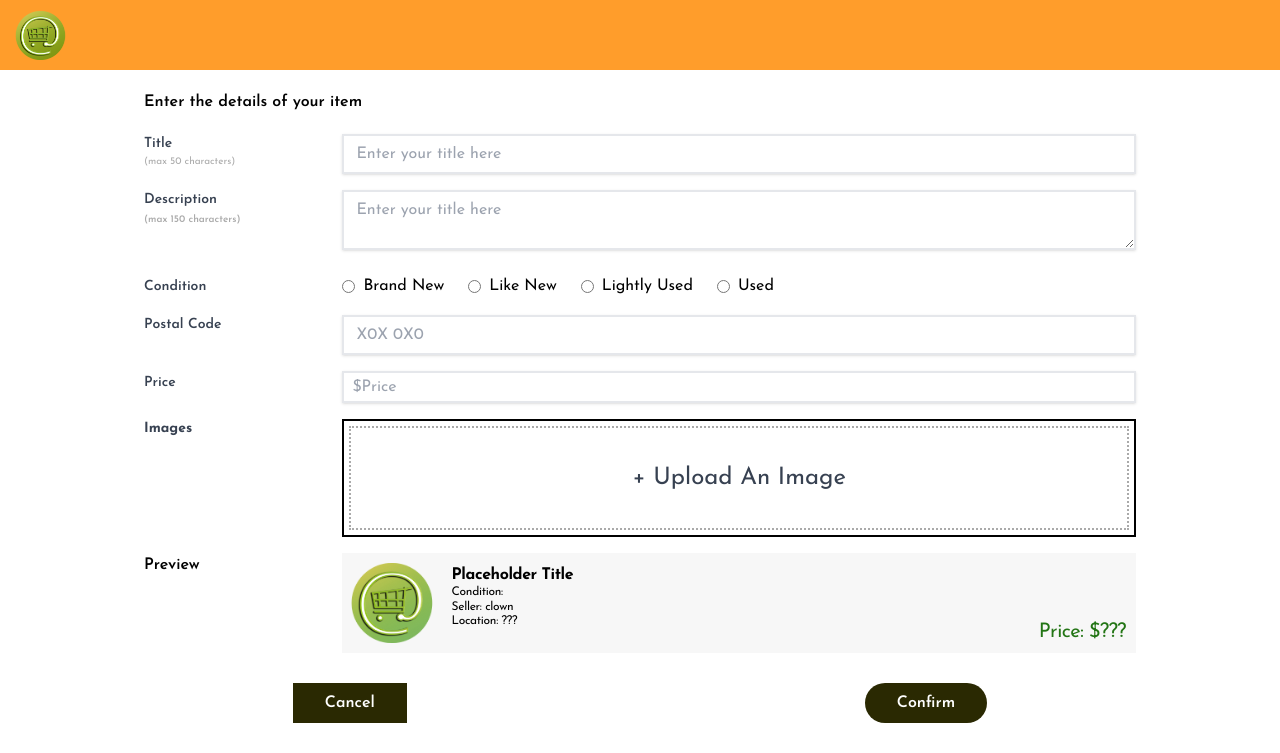
Repository: AdwaitSri/Kingston-Marketplace
Page: /creation (app in qhacks-24/)
An editor plug-in stored every save of this project. The page is shown before and after the next save, followed by the edit.
The browser window is 1280 px wide. The pictures show the whole page.
The project was rebuilt for these pictures with package versions that can differ from the ones it lists, and the page was loaded fresh each time. Also part of the build but not shown: qhacks-24/src/components/HomeNavbar.js, qhacks-24/src/pages/Home.js, qhacks-24/src/pages/Signup.js, qhacks-24/src/pages/Listings.js.

Above is the page before, as saved 2024-02-03 15:23:33.

### qhacks-24/public/index.html
<!DOCTYPE html>
<html lang="en">
  <head>
    <meta charset="utf-8" />
    <link rel="preconnect" href="https://fonts.googleapis.com">
    <link rel="preconnect" href="https://fonts.gstatic.com" crossorigin>
    <link href="https://fonts.googleapis.com/css2?family=Josefin+Sans:ital,wght@0,100;0,200;0,300;0,400;0,500;0,600;0,700;1,100;1,200;1,300;1,400;1,500;1,600;1,700&display=swap" rel="stylesheet">
    <link rel="icon" href="%PUBLIC_URL%/favicon.ico" />
    <meta name="viewport" content="width=device-width, initial-scale=1" />
    <meta name="theme-color" content="#000000" />
    <meta
      name="description"
      content="Web site created using create-react-app"
    />
    <link rel="apple-touch-icon" href="%PUBLIC_URL%/logo192.png" />
    <!--
      manifest.json provides metadata used when your web app is installed on a
      user's mobile device or desktop. See https://developers.google.com/web/fundamentals/web-app-manifest/
    -->
    <link rel="manifest" href="%PUBLIC_URL%/manifest.json" />
    <!--
      Notice the use of %PUBLIC_URL% in the tags above.
      It will be replaced with the URL of the `public` folder during the build.
      Only files inside the `public` folder can be referenced from the HTML.

      Unlike "/favicon.ico" or "favicon.ico", "%PUBLIC_URL%/favicon.ico" will
      work correctly both with client-side routing and a non-root public URL.
      Learn how to configure a non-root public URL by running `npm run build`.
    -->
    <title>React App</title>
  </head>
  <body>
    <noscript>You need to enable JavaScript to run this app.</noscript>
    <div id="root"></div>
    <!--
      This HTML file is a template.
      If you open it directly in the browser, you will see an empty page.

      You can add webfonts, meta tags, or analytics to this file.
      The build step will place the bundled scripts into the <body> tag.

      To begin the development, run `npm start` or `yarn start`.
      To create a production bundle, use `npm run build` or `yarn build`.
    -->
  </body>
</html>

### qhacks-24/src/pages/Creation.js
// Import React and necessary hooks
import React from 'react';
import CreationNavbar from '../components/CreationNavbar';
import { motion } from 'framer-motion';

// The main component for the form
export default function Creation() {

    const [title, setTitle] = React.useState('');
    const [desc, setDesc] = React.useState('');
    const [postalCode, setPostalCode] = React.useState('');
    const [price, setPrice] = React.useState('');

    const [condition, setCondition] = React.useState(
        ["", "", "", ""]
    )

    const sellerName = "clown";  // ! IMPORTANT ! CHANGE TO THE USER'S NAME AFTERWARDS

    function handleTitleChange(event) {
        setTitle(prevTitle => {
            let newTitle = prevTitle;
            if (event.target.value.length <= 50) {
                newTitle = event.target.value;
            }
            return newTitle;
        });
    }

    function handleDescChange(event) {
        setDesc(prevDesc => {
            let newDesc = prevDesc;
            if (event.target.value.length <= 150) {
                newDesc = event.target.value;
            }
            return newDesc;
        });
    }

    function handlePostalCodeChange(event) {
        setPostalCode(event.target.value)
    }

    function handlePriceChange(event) {
        setPrice(prevPrice => (event.target.value));
    }

    function handleConditionChange(event) {
        setCondition(prevCondition => {
            let newCondition = "";
            const target = event.target.id;


            if (prevCondition[target] === "") {
                newCondition = "checked";
            }

            let newState = ["", "", "", ""];
            newState[target] = newCondition;
            return newState;
        })
    }

    function getCondition() {
        let name = "";
        let index = -1;
        for (let i = 0; i < condition.length; i++) {
            if (condition[i] !== '') {
                index = i;
                break;
            }
        }
        const conditions = ["Brand New", "Like New", "Lightly Used", "Used"];
        if (index >= 0) {
            name = conditions[index];
        }
        return name;
    }

    return (
        <>
        <CreationNavbar />
        <div className="w-4/5 mx-auto">
            <div className="mt-[20px] mx-auto px-4">
                <h3
                    className='font-jose font-semibold w-full mb-[20px]'
                >Enter the details of your item</h3>

                <form>
                    <div className="mb-4 flex justify-between">
                    <label className="font-jose block" htmlFor="title">
                        <p className="text-gray-700 text-sm font-semibold">Title</p>
                        <p className="text-[#aaaaaa] text-[10px]">(max 50 characters)</p>
                    </label>
                    <input
                        className="font-jose shadow appearance-none border-2 w-[80%] py-2 px-3 text-gray-700 leading-tight focus:outline-none focus:shadow-outline"
                        name="title"
                        onChange={handleTitleChange}
                        type="text"
                        value={title}
                        placeholder="Enter your title here"
                    />
                    </div>

                    <div className="mb-4 flex justify-between">
                    <label className="font-jose block text-gray-700 text-sm font-semibold" htmlFor="description">
                        <p className="text-gray-700 text-sm font-semibold">Description</p>
                        <p className="text-[#aaaaaa] text-[10px]">(max 150 characters)</p>
                    </label>
                    <textarea
                        className="font-jose shadow appearance-none w-[80%] border-2 py-2 px-3 text-gray-700 leading-tight focus:outline-none focus:shadow-outline"
                        name="description"
                        placeholder="Enter your title here"
                        onChange={handleDescChange}
                        value={desc}
                    />
                    </div>

                    <div className="mb-4 flex justify-between">
                    <span className="font-jose text-gray-700 text-sm font-semibold mt-[11px]">Condition</span>
                    <div className="mt-2 w-[80%]">
                        <label className="font-jose inline-flex items-center">
                        <input type="radio" className="form-radio" name="condition" id="0" value="Brand New" onChange={handleConditionChange} checked={condition[0]}/>
                        <span className="font-jose ml-2">Brand New</span>
                        </label>
                        <label className="font-jose inline-flex items-center ml-6">
                        <input type="radio" className="form-radio" name="condition" id="1" value="Like New" onChange={handleConditionChange} checked={condition[1]}/>
                        <span className="font-jose ml-2">Like New</span>
                        </label>
                        <label className="font-jose inline-flex items-center ml-6">
                        <input type="radio" className="form-radio" name="condition" id="2" value="Lightly Used" onChange={handleConditionChange} checked={condition[2]}/>
                        <span className="font-jose ml-2">Lightly Used</span>
                        </label>
                        <label className="font-jose inline-flex items-center ml-6">
                        <input type="radio" className="form-radio" name="condition" id="3" value="Used" onChange={handleConditionChange} checked={condition[3]}/>
                        <span className="font-jose ml-2">Used</span>
                        </label>
                    </div>
                    </div>

                    <div className="mb-4 flex justify-between">
                    <label className="font-jose block text-gray-700 text-sm font-semibold" htmlFor="postal-code">
                        <p className="text-gray-700 text-sm font-semibold">Postal Code</p>
                    </label>
                    <input
                        className="font-jose shadow appearance-none border-2 w-[80%] py-2 px-3 text-gray-700 leading-tight focus:outline-none focus:shadow-outline"
                        name="postal-code"
                        type="text"
                        placeholder="X0X 0X0"
                        value={postalCode}
                        onChange={handlePostalCodeChange}
                    />
                    </div>

                    <div className="mb-4 flex justify-between items-center">
                    <label className="font-jose block text-gray-700 text-sm font-semibold mb-2" htmlFor="price">
                        Price
                    </label>
                    <input
                        className="font-jose shadow appearance-none border-2 w-[80%] py-1 px-2 text-gray-700 leading-tight focus:outline-none focus:shadow-outline"
                        name="price"
                        type="text"
                        placeholder="$Price"
                        value={price}
                        onChange={handlePriceChange}
                    />
                    </div>

                    <div className="mb-4 flex justify-between">
                    <label className="font-jose block text-gray-700 text-sm font-bold mb-2">
                        Images
                    </label>
                        <div
                            className='w-[80%] p-[5px] border-2 border-solid border-black'
                        >
                            <button
                                type="button"
                                className="font-jose w-full py-8 px-3 text-gray-700 text-[24px] border-2 border-dotted border-[#aaaaaa] z-10"
                            >
                                + Upload An Image
                            </button>
                        </div>
                    </div>

                    <div className="flex justify-between">
                        <p className="font-jose font-semibold">
                            Preview
                        </p>
                        <div
                            className="w-4/5 h-[100px] bg-[#f7f7f7] flex items-center"
                        >
                            <img src="/images/logo.png" alt="placeholder" className="h-[80%]"/>
                            <div className='h-full w-full p-[10px] relative'>
                                <p className="font-jose font-bold tracking-tight h-[25%]">{title ? title : "Placeholder Title"}</p>
                                <p className="font-jose text-[12px] tracking-tight">Condition: {getCondition()}</p>
                                <p className="font-jose text-[12px] relative top-[-3px] tracking-tight">Seller: {sellerName}</p>
                                <p className="font-jose text-[12px] relative top-[-7px] tracking-tight">Location: {postalCode ? postalCode : "???"}</p>
                                <p className="font-jose text-[20px] relative top-[-20px] text-[#237515] float-right tracking-tight">Price: ${price ? price : "???"}</p>
                            </div>
                        </div>
                    </div>

                    <div className="font-jose flex w-[70%] mx-auto my-[30px] justify-between items-center">

                        <motion.div
                            className='rounded-[20px] bg-[#2a2902] text-[#ffffff] hover:bg-[#333333]'
                            initial={{scale: 1.0}}
                            whileHover={{
                                scale: 1.05,
                                transition: {
                                    duration: 0.25,
                                }
                            }}
                            whileTap={{
                                scale: 0.95,
                                transition: {
                                    duration: 0.25,
                                }
                            }}
                        >
                            <button
                                type="button"
                                className="font-jose bg-[#2a2902] font-semibold py-2 px-8 focus:outline-none focus:shadow-outline"
                            >
                                Cancel
                            </button>
                        </motion.div>
                        <motion.div
                            className='rounded-[20px] bg-[#2a2902] text-[#ffffff] hover:bg-[#333333]'
                            initial={{scale: 1.0}}
                            whileHover={{
                                scale: 1.05,
                                transition: {
                                    duration: 0.25,
                                }
                            }}
                            whileTap={{
                                scale: 0.95,
                                transition: {
                                    duration: 0.25,
                                }
                            }}
                        >
                            <button
                                type="submit"
                                className="font-jose font-semibold py-2 px-8 rounded focus:outline-none focus:shadow-outline"
                            >
                                Confirm
                            </button>
                        </motion.div>
                    </div>
                </form>
            </div>
        </div>
    </>
  );
};

Loaded but not shown: qhacks-24/src/index.css (common file); qhacks-24/src/App.css (common file); qhacks-24/src/components/CreationNavbar.js (21 lines, source omitted); qhacks-24/src/App.js (22 lines, source omitted); qhacks-24/src/index.js (19 lines, source omitted); qhacks-24/tailwind.config.js (18 lines, source omitted); qhacks-24/src/output.css (1762 lines, source omitted)

After the next save:
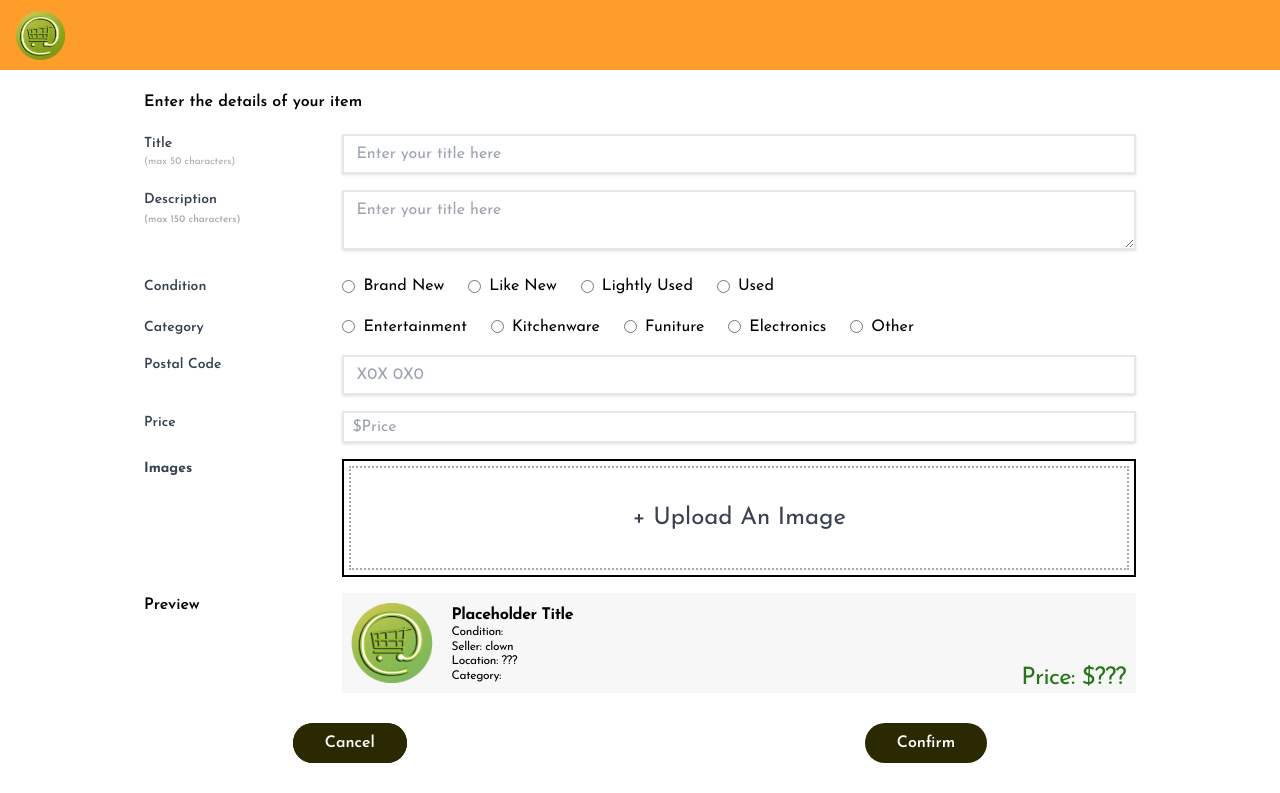
Saved 42 s later.
--- a/qhacks-24/src/pages/Creation.js
+++ b/qhacks-24/src/pages/Creation.js
@@ -2,6 +2,7 @@
 import React from 'react';
 import CreationNavbar from '../components/CreationNavbar';
 import { motion } from 'framer-motion';
+import { Link } from 'react-router-dom';
 
 // The main component for the form
 export default function Creation() {
@@ -13,6 +14,10 @@ export default function Creation() {
 
     const [condition, setCondition] = React.useState(
         ["", "", "", ""]
+    )
+
+    const [category, setCategory] = React.useState(
+        ["", "", "", "", ""]
     )
 
     const sellerName = "clown";  // ! IMPORTANT ! CHANGE TO THE USER'S NAME AFTERWARDS
@@ -59,6 +64,23 @@ export default function Creation() {
             newState[target] = newCondition;
             return newState;
         })
+    }
+
+    function handleCategoryChange(event) {
+        setCategory(prevCategory => {
+            let newCategory = "";
+            const target = event.target.id;
+
+
+            if (prevCategory[target] === "") {
+                newCategory = "checked";
+            }
+
+            let newState = ["", "", "", "", ""];
+            newState[target] = newCategory;
+            return newState;
+        })
+        console.log(category);
     }
 
     function getCondition() {
@@ -73,6 +95,22 @@ export default function Creation() {
         const conditions = ["Brand New", "Like New", "Lightly Used", "Used"];
         if (index >= 0) {
             name = conditions[index];
+        }
+        return name;
+    }
+
+    function getCategory() {
+        let name = "";
+        let index = -1;
+        for (let i = 0; i < category.length; i++) {
+            if (category[i] !== '') {
+                index = i;
+                break;
+            }
+        }
+        const categories = ["Entertainment", "Kitchenware", "Furniture", "Electronics", "Other"];
+        if (index >= 0) {
+            name = categories[index];
         }
         return name;
     }
@@ -116,7 +154,7 @@ export default function Creation() {
                     />
                     </div>
 
-                    <div className="mb-4 flex justify-between">
+                    <div className="mb-2 flex justify-between">
                     <span className="font-jose text-gray-700 text-sm font-semibold mt-[11px]">Condition</span>
                     <div className="mt-2 w-[80%]">
                         <label className="font-jose inline-flex items-center">
@@ -134,6 +172,32 @@ export default function Creation() {
                         <label className="font-jose inline-flex items-center ml-6">
                         <input type="radio" className="form-radio" name="condition" id="3" value="Used" onChange={handleConditionChange} checked={condition[3]}/>
                         <span className="font-jose ml-2">Used</span>
+                        </label>
+                    </div>
+                    </div>
+
+                    <div className="mb-4 flex justify-between">
+                    <span className="font-jose text-gray-700 text-sm font-semibold mt-[11px]">Category</span>
+                    <div className="mt-2 w-[80%]">
+                        <label className="font-jose inline-flex items-center">
+                        <input type="radio" className="form-radio" name="condition" id="0" value="Entertainment" onChange={handleCategoryChange} checked={category[0]}/>
+                        <span className="font-jose ml-2">Entertainment</span>
+                        </label>
+                        <label className="font-jose inline-flex items-center ml-6">
+                        <input type="radio" className="form-radio" name="condition" id="1" value="Kitchenware" onChange={handleCategoryChange} checked={category[1]}/>
+                        <span className="font-jose ml-2">Kitchenware</span>
+                        </label>
+                        <label className="font-jose inline-flex items-center ml-6">
+                        <input type="radio" className="form-radio" name="condition" id="2" value="Funiture" onChange={handleCategoryChange} checked={category[2]}/>
+                        <span className="font-jose ml-2">Funiture</span>
+                        </label>
+                        <label className="font-jose inline-flex items-center ml-6">
+                        <input type="radio" className="form-radio" name="condition" id="3" value="Electronics" onChange={handleCategoryChange} checked={category[3]}/>
+                        <span className="font-jose ml-2">Electronics</span>
+                        </label>
+                        <label className="font-jose inline-flex items-center ml-6">
+                        <input type="radio" className="form-radio" name="condition" id="4" value="Other" onChange={handleCategoryChange} checked={category[4]}/>
+                        <span className="font-jose ml-2">Other</span>
                         </label>
                     </div>
                     </div>
@@ -195,7 +259,8 @@ export default function Creation() {
                                 <p className="font-jose text-[12px] tracking-tight">Condition: {getCondition()}</p>
                                 <p className="font-jose text-[12px] relative top-[-3px] tracking-tight">Seller: {sellerName}</p>
                                 <p className="font-jose text-[12px] relative top-[-7px] tracking-tight">Location: {postalCode ? postalCode : "???"}</p>
-                                <p className="font-jose text-[20px] relative top-[-20px] text-[#237515] float-right tracking-tight">Price: ${price ? price : "???"}</p>
+                                <p className="font-jose text-[12px] relative top-[-10px] tracking-tight">Category: {category ? category : "???"}</p>
+                                <p className="font-jose text-[24px] relative top-[-35px] text-[#237515] float-right tracking-tight">Price: ${price ? price : "???"}</p>
                             </div>
                         </div>
                     </div>
@@ -218,12 +283,14 @@ export default function Creation() {
                                 }
                             }}
                         >
-                            <button
-                                type="button"
-                                className="font-jose bg-[#2a2902] font-semibold py-2 px-8 focus:outline-none focus:shadow-outline"
-                            >
-                                Cancel
-                            </button>
+                            <Link to="/listings">
+                                <button
+                                    type="button"
+                                    className="font-jose bg-[#2a2902] font-semibold rounded-[20px] py-2 px-8 focus:outline-none focus:shadow-outline"
+                                >
+                                    Cancel
+                                </button>
+                            </Link>
                         </motion.div>
                         <motion.div
                             className='rounded-[20px] bg-[#2a2902] text-[#ffffff] hover:bg-[#333333]'
